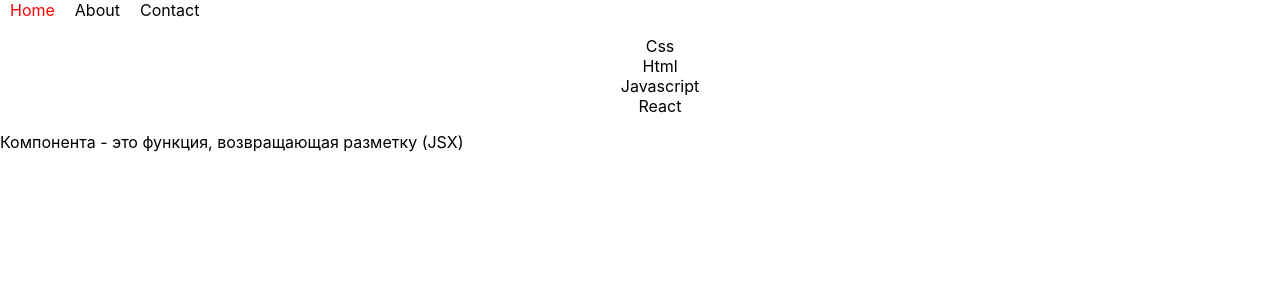
Repository: VladimirSolovyov/React
Page: /
The author's editor kept a copy of each file at every save. The page is drawn from the files as they stood at one save, then again after a run of saves.
The browser window is 1280 px wide. The pictures show the whole page.
The project was rebuilt for these pictures with package versions that can differ from the ones it lists, and the page was loaded fresh each time.

Above is the page before, as saved 2020-03-12 11:41:52.

After the next 2 saves:
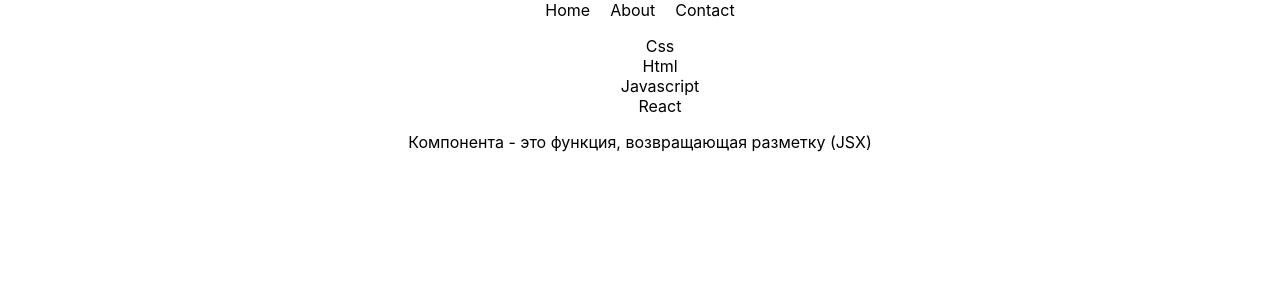
The 2 saves are shown as one change because they came seconds apart.
The last was saved 12 s later.
--- a/src/App.js
+++ b/src/App.js
@@ -3,9 +3,9 @@ import './App.css';
 
 const App = () => {
   return (
-    <div>
+    <div className="App">
       <Header />
-      <div className="App">
+      <div >
         <ul>
           <li>Css</li>
           <li>Html</li>
